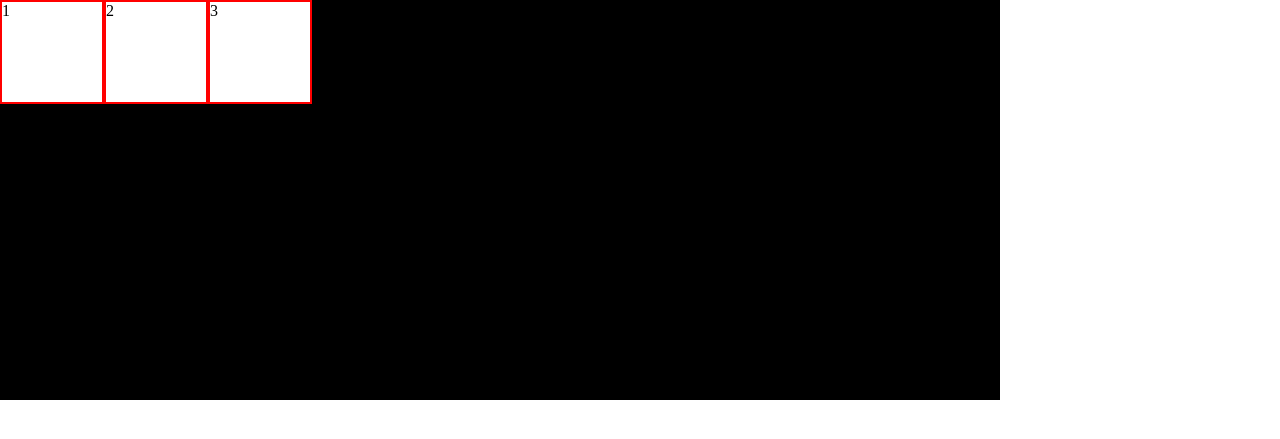
Repository: elourenco001/cursoweb
Page: DisplayFlex/index.html
An editor plug-in stored every save of this project. The page is shown before and after the next save, followed by the edit.
The browser window is 1280 px wide. The pictures show the whole page.

Above is the page before, as saved 2023-01-30 14:53:29.

After the next save:
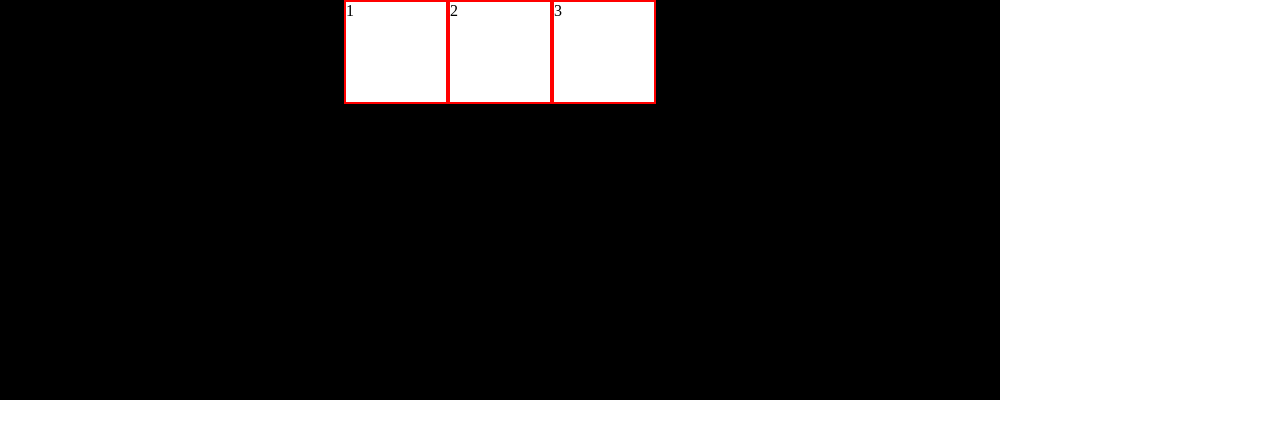
Saved 2 min 48 s later.
--- a/DisplayFlex/styles.css
+++ b/DisplayFlex/styles.css
@@ -8,6 +8,8 @@
     height: 400px;
     background-color: black;
     display: flex; /*Alinhar as caixas lado a lado*/
+    /*flex-direction: column-reverse; /*Inverter a posição das caixas*/
+    justify-content: center;
 }
 
 .caixa{
